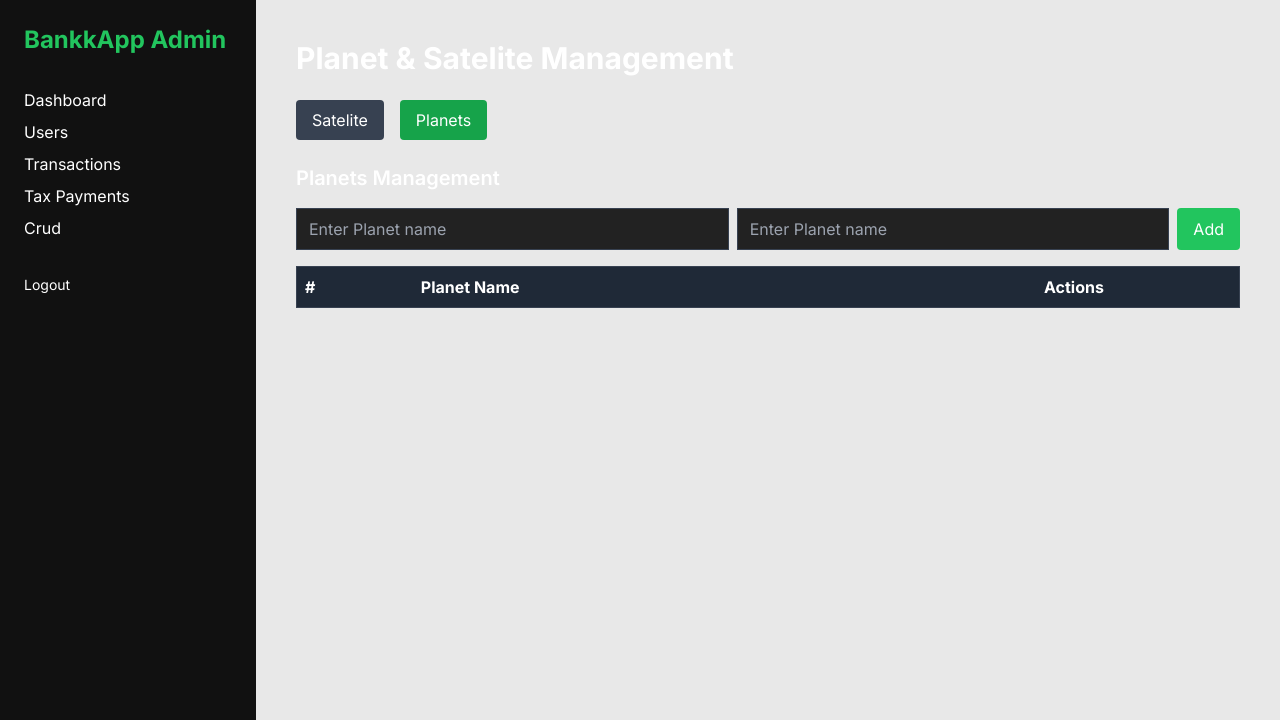
Repository: EraGashii/bnk_team
Page: /admin/crud (app in bnk/), after clicking the first element matching `button.bg-gray-700`
These files come from the project's save history. The page is drawn as it stood at one moment and after a run of saves; the edit follows.
The browser window is 1280 px wide. The pictures show the whole page.
The page's requests for data from a server got no answer. The project was rebuilt for these pictures with package versions that can differ from the ones it lists, and the page was loaded fresh each time. The framework's server and built-in components were replaced by stand-ins that run in the browser. No one was signed in, and anything a server would have sent is missing. Also part of the build but not shown: bnk/next.config.mjs.

Above is the page before, as saved 2025-05-07 21:46:54.

After the next 2 saves:
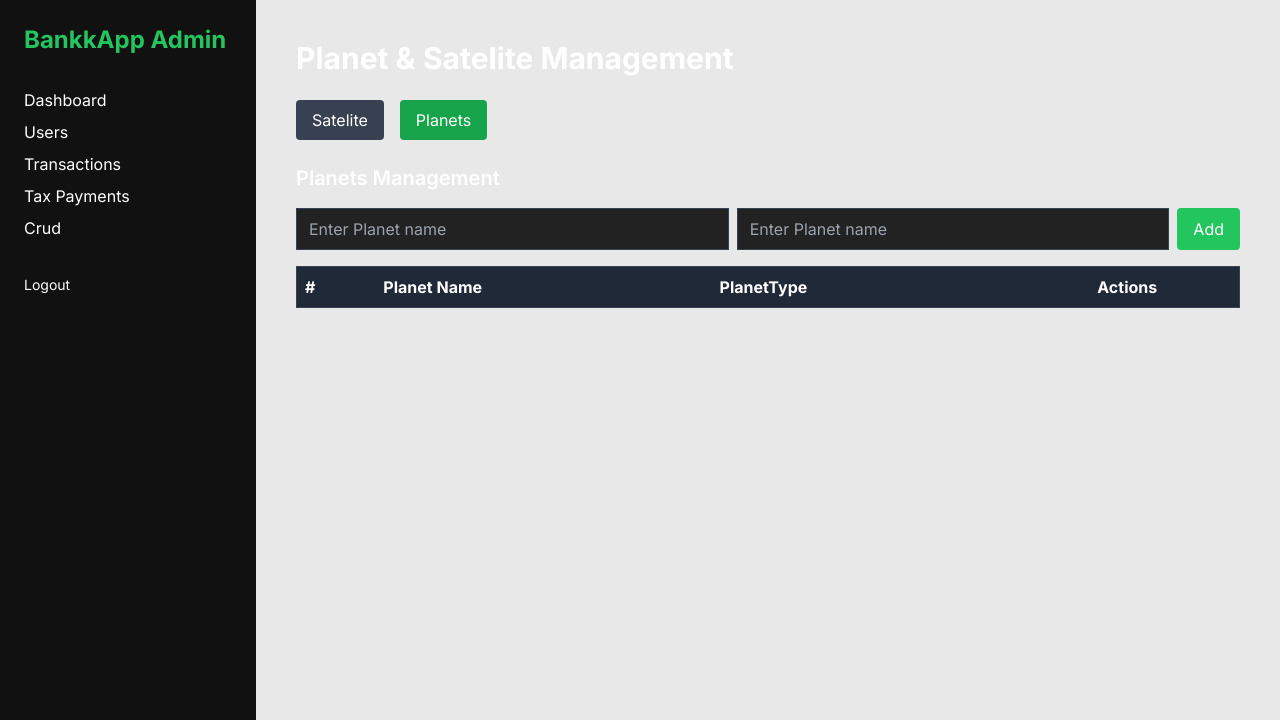
The 2 saves are shown as one change because they came seconds apart.
The last was saved 8 s later.
--- a/bnk/app/admin/crud/page.tsx
+++ b/bnk/app/admin/crud/page.tsx
@@ -196,6 +196,7 @@ const PlanetSateliteManager: React.FC = () => {
                 <tr>
                   <th className="p-2 text-left">#</th>
                   <th className="p-2 text-left">Planet Name</th>
+                  <th className="p-2 text-left">PlanetType</th>
                   <th className="p-2 text-center">Actions</th>
                 </tr>
               </thead>
